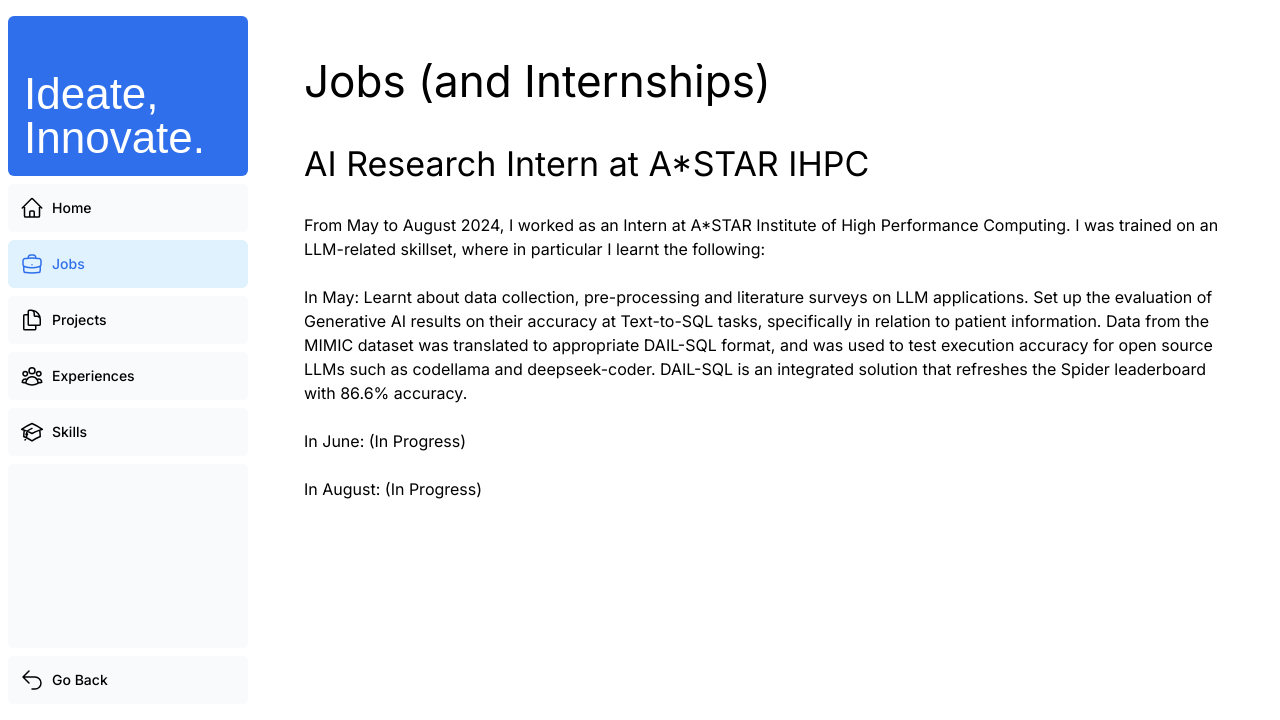
Repository: ThatGirlJam/jaime-portfolio
Page: /dashboard/jobs
The author's editor kept a copy of each file at every save. The page is drawn from the files as they stood at one save, then again after the next save.
The browser window is 1280 px wide. The pictures show the whole page.
Some web fonts or font styles are not loaded; a fallback is used. The project was rebuilt for these pictures with package versions that can differ from the ones it lists, and the page was loaded fresh each time. The framework's server and built-in components were replaced by stand-ins that run in the browser. Also part of the build but not shown: next.config.js.

Above is the page before, as saved 2024-06-05 20:43:33.

After the next save:
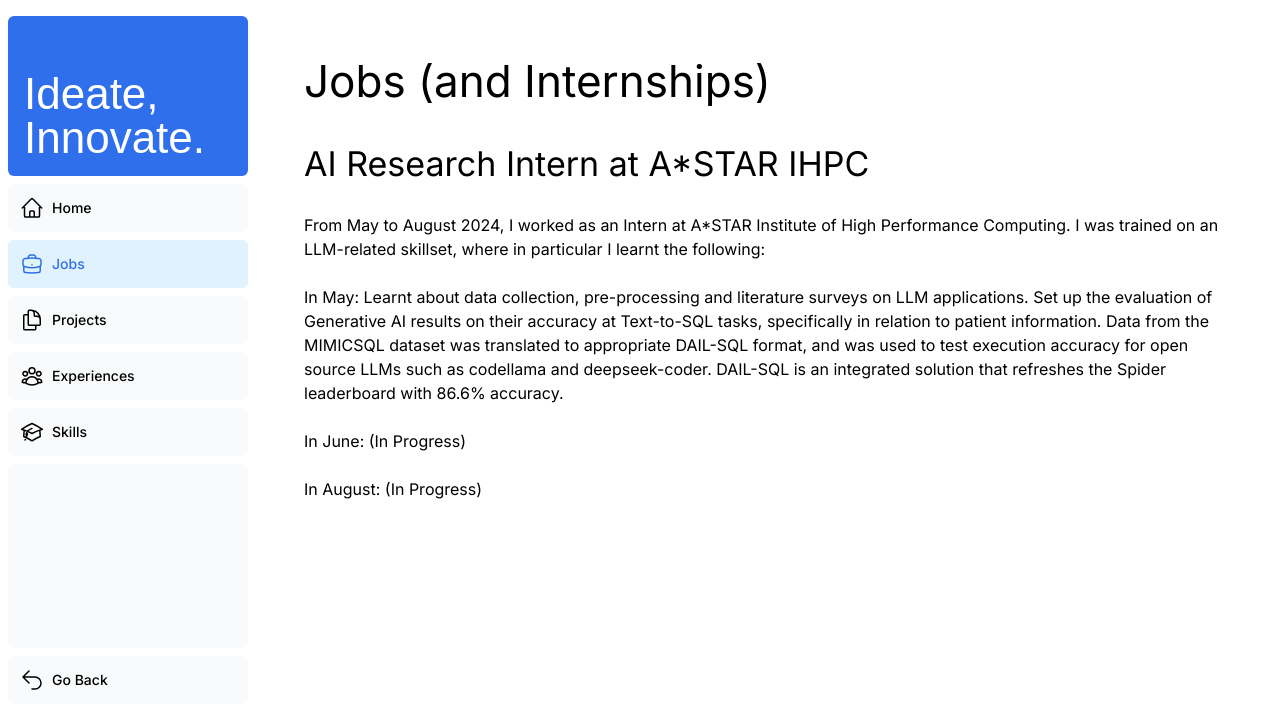
Saved 22 s later.
--- a/app/dashboard/jobs/page.tsx
+++ b/app/dashboard/jobs/page.tsx
@@ -16,7 +16,7 @@
         In May: Learnt about data collection, pre-processing and literature
         surveys on LLM applications. Set up the evaluation of Generative AI
         results on their accuracy at Text-to-SQL tasks, specifically in relation
-        to patient information. Data from the MIMIC dataset was translated to
+        to patient information. Data from the MIMICSQL dataset was translated to
         appropriate DAIL-SQL format, and was used to test execution accuracy for
         open source LLMs such as codellama and deepseek-coder. DAIL-SQL is an
         integrated solution that refreshes the Spider leaderboard with 86.6%
